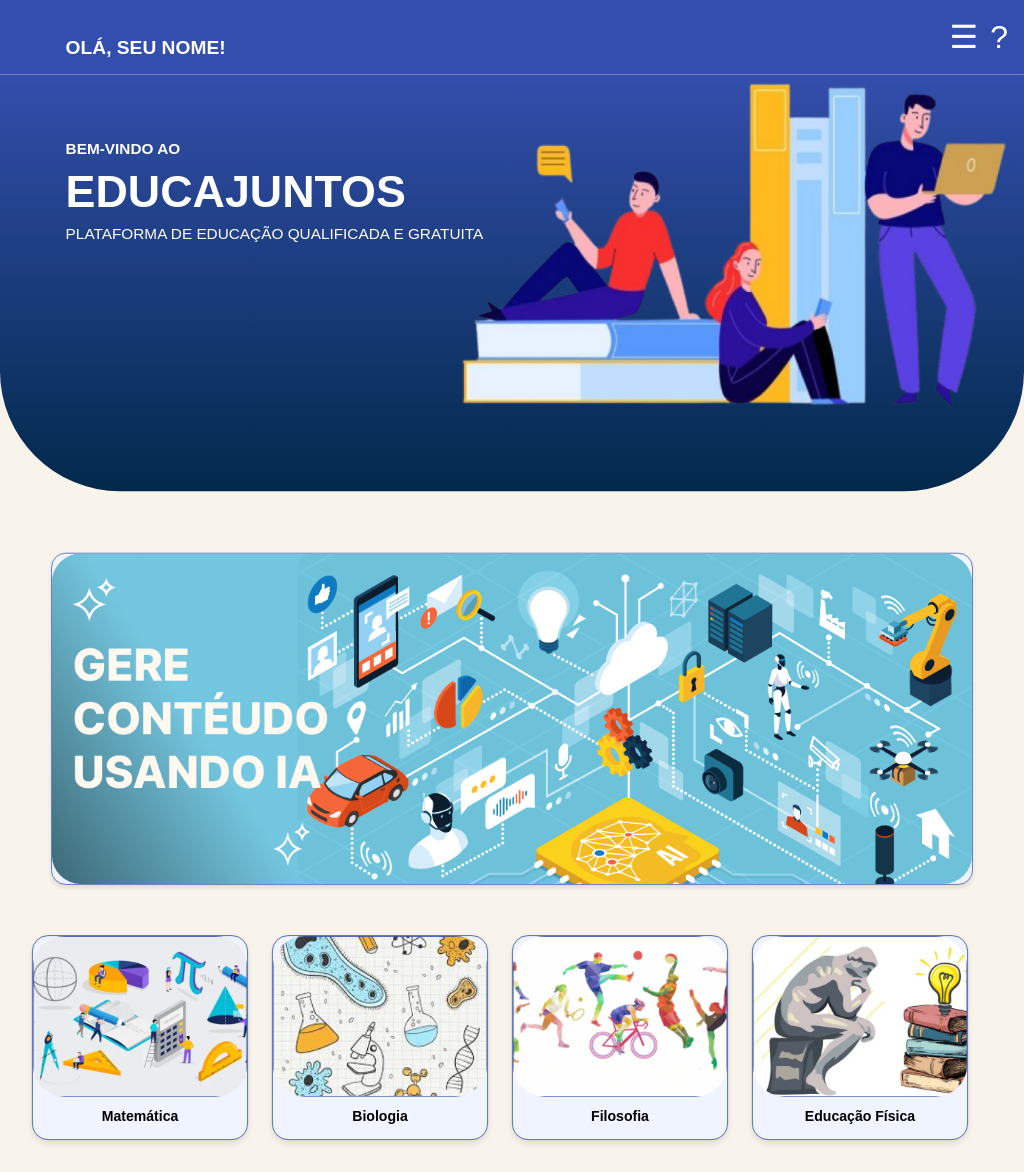
Repository: Matheus904-12/EDUCAJUNTOS
Page: inicio/index.html
An editor plug-in stored every save of this project. The page is shown before and after the next save, followed by the edit.
The browser window is 1280 px wide. The pictures show the whole page, at 80% of full size.

Above is the page before, as saved 2024-10-28 19:58:17.

After the next save:
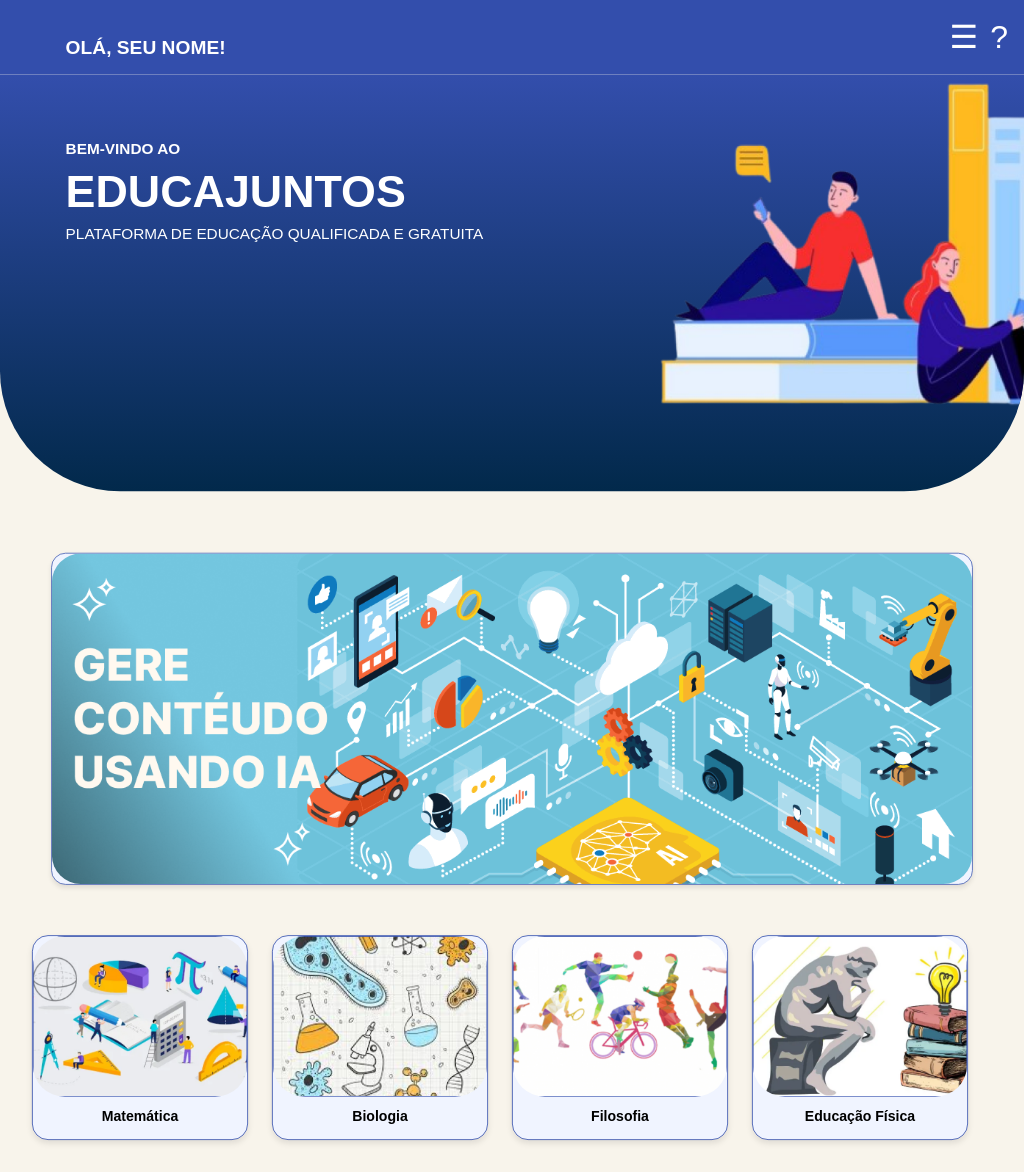
Saved 14 s later.
--- a/inicio/style.css
+++ b/inicio/style.css
@@ -77,7 +77,7 @@ nav {
 
 .hero-image {
     display: flex;
-    margin-left: 40%;
+    margin-left: 60%;
     width: 782px;
     height: 580px;
     margin-top: -25%;
